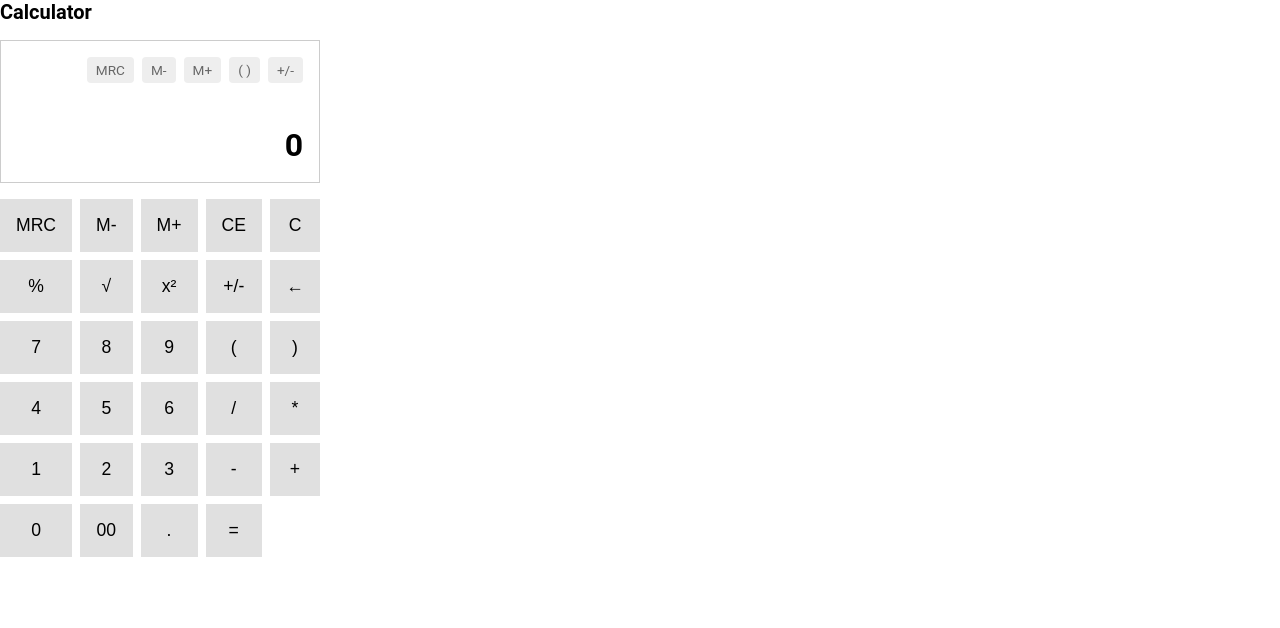
Repository: Denis793/CalculatorNew
Page: index.html
The author's editor kept a copy of each file at every save. The page is drawn from the files as they stood at one save, then again after the next save.
The browser window is 1280 px wide. The pictures show the whole page.
The style sheet was rebuilt from its Sass, Less or Tailwind sources for each picture, by a compiler version that may differ from the author's.

Above is the page before, as saved 2025-05-17 17:25:32.

### index.html
<!DOCTYPE html>
<html lang="en">
  <head>
    <meta charset="UTF-8" />
    <meta name="viewport" content="width=device-width, initial-scale=1.0" />
    <title>Calculator</title>
    <link rel="stylesheet" href="./app/style/css/main.css" />
  </head>
  <body>
    <div class="calculatorContainer">
      <h1>Calculator</h1>

      <div class="display">
        <div class="indicators">
          <span class="indicator" data-key="MRC">MRC</span>
          <span class="indicator" data-key="M-">M-</span>
          <span class="indicator" data-key="M+">M+</span>
          <span class="indicator" data-key="()">( )</span>
          <span class="indicator" data-key="+/-">+/-</span>
        </div>

        <ul id="historyList"></ul>

        <div class="previous"></div>
        <div class="current"></div>
      </div>

      <div class="keypad">
        <button class="button">MRC</button>
        <button class="button">M-</button>
        <button class="button">M+</button>
        <button class="button">CE</button>
        <button class="button ac">C</button>

        <button class="button">%</button>
        <button class="button">√</button>
        <button class="button">x²</button>
        <button class="button">+/-</button>
        <button class="button">←</button>

        <button class="button">7</button>
        <button class="button">8</button>
        <button class="button">9</button>
        <button class="button">(</button>
        <button class="button">)</button>

        <button class="button">4</button>
        <button class="button">5</button>
        <button class="button">6</button>
        <button class="button">/</button>
        <button class="button">*</button>

        <button class="button">1</button>
        <button class="button">2</button>
        <button class="button">3</button>
        <button class="button">-</button>
        <button class="button plus">+</button>

        <button class="button">0</button>
        <button class="button">00</button>
        <button class="button">.</button>
        <button class="button">=</button>
      </div>
    </div>
    <script type="module" src="./app/js/main.js"></script>
  </body>
</html>

### app/js/main.js
import { initializeCalculator } from './state.js';
import './memory.js';
import './operations.js';
import './equals.js';
import './formatter.js';
import './history.js';
import './inputHandler.js';

initializeCalculator();

### app/js/state.js
import { handleMemory } from './memory.js';
import { handleOperations } from './operations.js';
import { handleEquals } from './equals.js';
import { handleInput } from './inputHandler.js';

export const state = {
  expression: '',
  memory: 0,
  memoryLog: [],
  memoryActive: false,

  finish: false,
  lastOperator: '',
  lastOperand: '',
  history: [],
  MAX_LENGTH: 12,
  displayPrev: document.querySelector('.previous'),
  displayCurr: document.querySelector('.current'),
  buttons: document.querySelector('.keypad'),
  historyList: document.getElementById('historyList'),
  lastFunction: '',
  parenthesesCount: 0,
};

export function clearAll() {
  state.expression = '';
  state.finish = false;
  state.lastOperator = '';
  state.lastOperand = '';
  state.lastFunction = '';
  state.parenthesesCount = 0;
  state.displayCurr.textContent = '0';
  state.displayPrev.textContent = '';
  state.historyList.innerHTML = '';
  state.history = [];
  state.memoryActive = false;

  document.querySelectorAll('.button').forEach((btn) => btn.classList.remove('active-operator'));
  document.querySelectorAll('.indicator').forEach((i) => i.classList.remove('active'));
}

export function initializeCalculator() {
  clearAll();

  document.querySelector('.ac').addEventListener('click', clearAll);

  state.buttons.addEventListener('click', (e) => {
    const btn = e.target;
    if (!btn.classList.contains('button')) return;

    const key = btn.textContent;

    const specialKeys = ['MRC', 'M-', 'M+', '+/-', '√'];
    if (specialKeys.includes(key)) {
      document.querySelectorAll('.indicator').forEach((i) => {
        const keep = i.dataset.key === '()' && state.parenthesesCount > 0;
        if (!keep) i.classList.remove('active');
      });
      const indicator = document.querySelector(`.indicator[data-key="${key}"]`);
      if (indicator) indicator.classList.add('active');
    }

    if (handleMemory(key)) return;
    if (handleOperations(key)) return;
    if (handleEquals(key)) return;
    if (handleInput(key)) return;
  });
}

### app/js/memory.js
import { state } from './state.js';
import { formatExpression } from './formatter.js';

export function handleMemory(key) {
  if (!state.memoryLog) state.memoryLog = [];

  if (key === 'MRC') {
    const indicator = document.querySelector('.indicator[data-key="MRC"]');
    if (state.memoryActive) {
      state.memoryActive = false;
      if (indicator) indicator.classList.remove('active');
    } else {
      state.displayCurr.textContent = formatExpression(state.memory.toString());
      state.expression = state.memory.toString();
      state.finish = false;
      state.memoryActive = true;
      if (indicator) indicator.classList.add('active');
    }
    return true;
  }

  if (key === 'M+') {
    const value = parseFloat(state.displayCurr.textContent.replace(/\s/g, '')) || 0;
    state.memory += value;
    state.memoryLog.push(`+${value}`);
    if (state.memoryLog.length > 5) state.memoryLog.shift();
    state.memoryActive = true;
    const indicator = document.querySelector('.indicator[data-key="MRC"]');
    if (indicator) indicator.classList.add('active');
    return true;
  }

  if (key === 'M-') {
    const value = parseFloat(state.displayCurr.textContent.replace(/\s/g, '')) || 0;
    state.memory -= value;
    state.memoryLog.push(`-${value}`);
    if (state.memoryLog.length > 5) state.memoryLog.shift();
    state.memoryActive = true;
    const indicator = document.querySelector('.indicator[data-key="MRC"]');
    if (indicator) indicator.classList.add('active');
    return true;
  }

  return false;
}

### app/js/operations.js
import { state, clearAll } from './state.js';
import { formatExpression } from './formatter.js';

export function handleOperations(key) {
  if (key === '+/-') {
    if (state.displayCurr.textContent === '0') return true;
    if (state.finish) {
      state.expression = (-parseFloat(state.displayCurr.textContent.replace(/\s/g, ''))).toString();
      state.finish = false;
    } else {
      const match = state.expression.match(/(-?\d+\.?\d*)$/);
      if (match) {
        const num = match[0];
        const inverted = (-parseFloat(num)).toString();
        state.expression = state.expression.slice(0, -num.length) + inverted;
      } else {
        state.expression = '-' + state.expression;
      }
    }
    state.displayCurr.textContent = formatExpression(state.expression);
    return true;
  }

  if (key === '←') {
    if (state.finish) return true;
    state.expression = state.expression.slice(0, -1);
    state.displayCurr.textContent = formatExpression(state.expression) || '0';
    return true;
  }

  if (key === '%') {
    state.expression += '/100';
    state.displayCurr.textContent = formatExpression(state.expression);
    return true;
  }

  if (key === '√') {
    if (state.expression === '') return true;
    const original = state.expression;
    const result = Math.sqrt(eval(original));
    const visible = `√${original}`;
    state.expression = result.toString();
    state.displayCurr.textContent = formatExpression(state.expression);
    state.displayPrev.textContent = visible;
    state.lastFunction = 'sqrt';
    state.lastOperator = '';
    state.lastOperand = '';
    state.finish = true;
    const indicator = document.querySelector(`.indicator[data-key="√"]`);
    if (indicator) indicator.classList.add('active');
    return true;
  }

  if (key === '(') {
    const lastChar = state.expression.slice(-1);
    if (/\d|\)/.test(lastChar)) return true;

    if (state.finish) {
      state.expression = '';
      state.finish = false;
    }

    state.expression += key;
    state.displayCurr.textContent = formatExpression(state.expression);
    state.parenthesesCount++;

    const indicator = document.querySelector('.indicator[data-key="()"]');
    if (indicator) indicator.classList.add('active');

    return true;
  }

  if (key === ')') {
    if (state.finish) {
      state.expression = '';
      state.finish = false;
    }
    state.expression += key;
    state.displayCurr.textContent = formatExpression(state.expression);
    if (state.parenthesesCount > 0) {
      state.parenthesesCount--;
      if (state.parenthesesCount === 0) {
        const indicator = document.querySelector(`.indicator[data-key="()"]`);
        if (indicator) indicator.classList.remove('active');
      }
    }
    return true;
  }

  if (key === 'x²') {
    const value = eval(state.expression || '0');
    const result = value ** 2;
    const visible = `${value}²`;
    state.expression = result.toString();
    state.displayCurr.textContent = formatExpression(state.expression);
    state.displayPrev.textContent = visible;
    state.lastFunction = 'square';
    state.lastOperator = '';
    state.lastOperand = '';
    state.finish = true;
    return true;
  }

  if (key === 'CE') {
    const match = state.expression.match(/.*?(?:[+\-*/(]|^)([\d.]+)$/);
    if (match) {
      state.expression = state.expression.slice(0, -match[1].length);
    } else {
      state.expression = '';
    }
    state.lastFunction = '';
    state.displayCurr.textContent = formatExpression(state.expression) || '0';
    document.querySelectorAll('.indicator').forEach((i) => i.classList.remove('active'));
    return true;
  }

  if (key === 'C') {
    clearAll();
    return true;
  }

  return false;
}

### app/js/equals.js
import { state } from './state.js';
import { formatExpression } from './formatter.js';
import { addToHistory } from './history.js';

export function handleEquals(key) {
  if (key !== '=') return false;

  try {
    const open = (state.expression.match(/\(/g) || []).length;
    const close = (state.expression.match(/\)/g) || []).length;
    if (open !== close) return true;

    if (!state.finish) {
      const result = eval(state.expression);
      const match = state.expression.match(/(.+)([+\-*/])\s*(-?\d+\.?\d*)$/);

      if (match) {
        state.lastOperator = match[2];
        state.lastOperand = match[3];
      } else {
        state.lastOperator = '';
        state.lastOperand = '';
      }

      const visible = state.displayPrev.textContent || state.expression;

      state.displayCurr.textContent = formatExpression(result.toString());
      state.expression = result.toString();
      state.finish = true;
      state.displayPrev.textContent = '';

      const containsOperator = /[+\-*/()]|Math\.sqrt|%/.test(visible);
      const isSame = visible.replace(/\s/g, '') === result.toString();

      if (containsOperator && !isSame) {
        addToHistory(`${visible} = ${result}`);
      }
    } else if (state.lastFunction === 'sqrt' && state.finish) {
      const value = parseFloat(state.expression);
      const result = Math.sqrt(value);
      const visible = `√${value}`;
      state.displayCurr.textContent = formatExpression(result.toString());
      state.expression = result.toString();
      state.displayPrev.textContent = visible;
      addToHistory(`${visible} = ${result}`);
      return true;
    } else if (state.lastOperator && state.lastOperand) {
      state.expression = `${state.expression}${state.lastOperator}${state.lastOperand}`;
      const result = eval(state.expression);
      state.displayCurr.textContent = formatExpression(result.toString());
      state.expression = result.toString();
      addToHistory(`${state.expression} = ${result}`);
    }
  } catch {
    return true;
  }

  return true;
}

### app/js/formatter.js
export function formatExpression(expression) {
  return expression.replace(/\d+/g, (match) => {
    return Number(match).toLocaleString('en-US').replace(/,/g, ' ');
  });
}

### app/js/history.js
import { state } from './state.js';

export function addToHistory(item) {
  state.history.push(item);
  if (state.history.length > 3) state.history.shift();

  state.historyList.innerHTML = '';
  state.history.forEach((entry) => {
    const li = document.createElement('li');
    li.textContent = entry;
    state.historyList.appendChild(li);
  });
}

### app/js/inputHandler.js
import { state } from './state.js';
import { formatExpression } from './formatter.js';

export function handleInput(key) {
  const allowed = ['0', '1', '2', '3', '4', '5', '6', '7', '8', '9', '.', '+', '-', '*', '/', '00'];
  if (!allowed.includes(key)) return false;

  if (state.finish) {
    if (!isNaN(key) || key === '(') state.expression = '';
    state.finish = false;
  }

  const digitsOnly = state.expression.replace(/\D/g, '');
  if (digitsOnly.length >= state.MAX_LENGTH) return true;

  if (state.displayCurr.textContent === '0' && !isNaN(key)) {
    state.expression = key;
  } else {
    state.expression += key;
  }

  state.displayCurr.textContent = formatExpression(state.expression);
  return true;
}

### app/style/scss/main.scss
@use 'reset' as *;

h1 {
  margin-bottom: 1rem;
}

.display {
  display: flex;
  flex-direction: column;
  align-items: flex-end;
  width: 100%;
  max-width: 320px;
  background: #fff;
  padding: 1rem;
  border: 1px solid #ccc;
  margin-bottom: 1rem;
}

.previous {
  font-size: 0.8rem;
  color: #888;
  height: 1.2rem;
}

.current {
  font-size: 2rem;
  font-weight: bold;
  min-height: 2.5rem;
  color: #000;
}

.current.off {
  color: #aaa;
  font-style: italic;
}

#historyList {
  margin-top: 0.5rem;
  font-size: 0.8rem;
  list-style: none;
  padding: 0;
  color: #666;
}

.keypad {
  display: grid;
  grid-template-columns: repeat(5, 1fr);
  gap: 0.5rem;
  max-width: 320px;
  width: 100%;
}

.button {
  padding: 1rem;
  background: #e0e0e0;
  border: none;
  font-size: 1.1rem;
  cursor: pointer;
  transition: background 0.2s ease;
}

.button:hover {
  background: #d0d0d0;
}

.button.active-operator {
  background: #ffd700;
  color: #000;
}

.indicators {
  display: flex;
  flex-wrap: wrap;
  gap: 8px;
  justify-content: center;
  margin-bottom: 1rem;
}

.indicator {
  padding: 4px 8px;
  border-radius: 4px;
  background: #eee;
  border: 1px solid transparent;
  font-size: 0.85rem;
  color: #666;
}

.indicator.active {
  background-color: #2d8cf0;
  color: white;
  border-color: #2d8cf0;
}

### app/style/scss/_reset.scss
* {
  margin: 0;
  padding: 0;
  box-sizing: border-box;
}

body {
  font-family: 'Roboto', sans-serif;
  font-size: 10px;
}

After the next save:
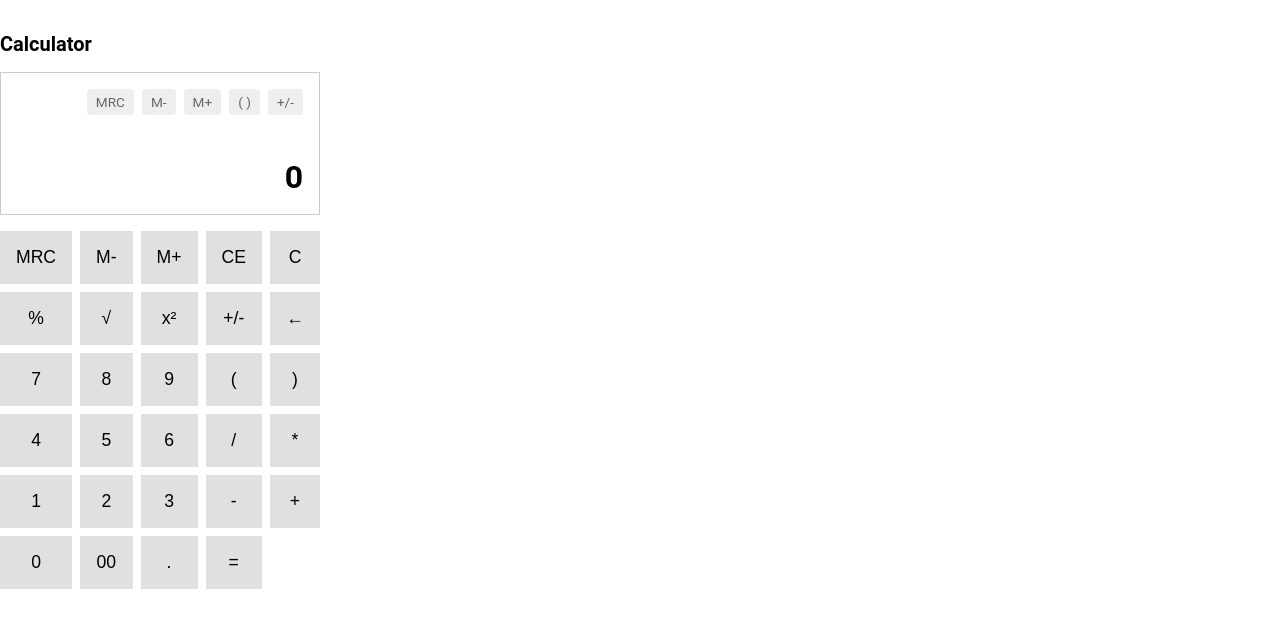
Saved 40 s later.
--- a/app/style/scss/main.scss
+++ b/app/style/scss/main.scss
@@ -2,6 +2,10 @@
 
 h1 {
   margin-bottom: 1rem;
+}
+
+.calculatorContainer {
+  margin: 2rem auto;
 }
 
 .display {
